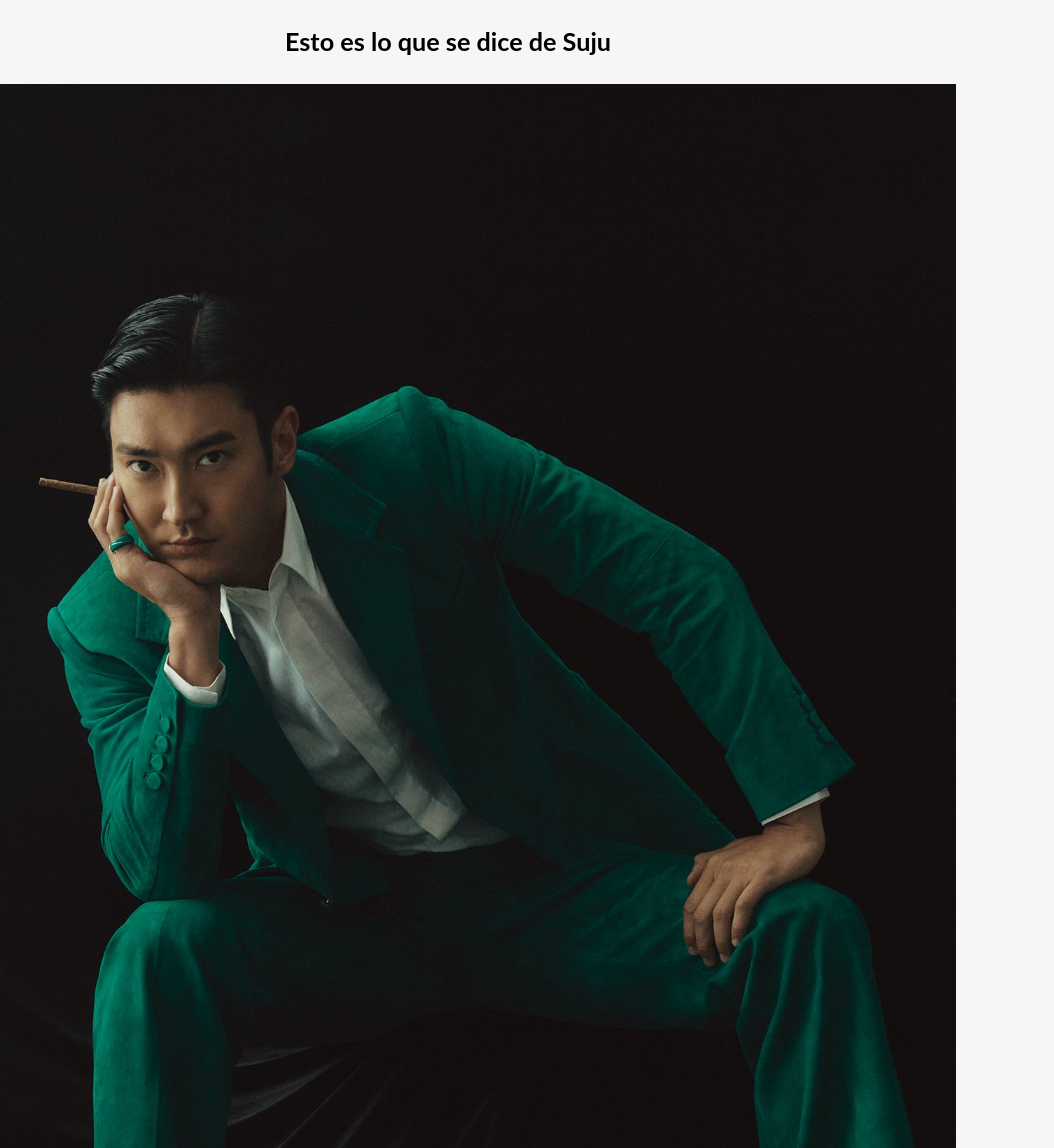
Repository: AleAedo/ReactProyectos1
Page: / (app in testimonios/)
These files come from the project's save history. The page is drawn as it stood at one moment and after the next save; the edit follows.
The browser window is 1280 px wide. The page is 1366 px wide, then 1506 px, so the pictures cover 1506 px, including what lies to the right of the window. The pictures show the part of the page from y = 0 to 1640 px (the page is 2312 px tall before and 2421 px after), at 70% of full size.
The project was rebuilt for these pictures with package versions that can differ from the ones it lists, and the page was loaded fresh each time.

Above is the page before, as saved 2022-08-09 20:14:40.

### testimonios/src/App.js
import logo from './logo.svg';
import './App.css';
import Testimonio from './componentes/Testimonio';

function App() {
  return (
    <div className="App">
      <div className='contenedor-principal'>
        <h1>Esto es lo que se dice de Suju</h1>
      <Testimonio/>
      </div>

    </div>
  );
}

export default App;

### testimonios/src/App.css
* {
   margin: 0;
   padding: 0;
  }
  html,
  body {
    font-size: 18px;
    background-color: #f5f6f7;
  }
  h1 {
    max-width: 940px;
    font-size: 2,5 em;
    font-family: Lato, sans-serif;
    font-weight: 700;
    line-height: 1.1;
    margin: 40PX 0;
  }
  .App {
    min-height: 100vh;
    display: flex;
    flex-wrap: wrap;
    align-items: center;
    justify-content: center;
    text-align: center;
  }
  .contenedor-principal {
    min-height: 600px;
    display: flex;
    flex-wrap: wrap;
    align-items: center;
    justify-content: center;
  }

### testimonios/src/componentes/Testimonio.js
import React from "react";

function Testimonio() {
    return  (
      <div className='contenedor-testimonio'>
      <img
      className='imagen-testimonio'
      src={require('../imagenes/testimonio-siwon.jpg') }
      alt='Foto de siwon'/>
      <div className='contenedor-texto-testimonio'>
        <p className='nombre-testimonio'> Siwon en Revista</p>
        <p className='cargo-testimonio'> Modelo de Grupo</p>
        <p className='texto-testimonio'> le va bien en la revista xxxx quién no la tiene?   </p>
      </div>
      </div>
    );
}
export default Testimonio;

### testimonios/src/hojas-de-estilo/Testimonio.css
.contenedor-testimonio {
  width: 1170px;
  height: 368px;
  margin: 10px 10px 50px;
}

Loaded but not shown: testimonios/public/index.html (common file); testimonios/src/index.js (common file); testimonios/src/index.css (common file)

After the next save:
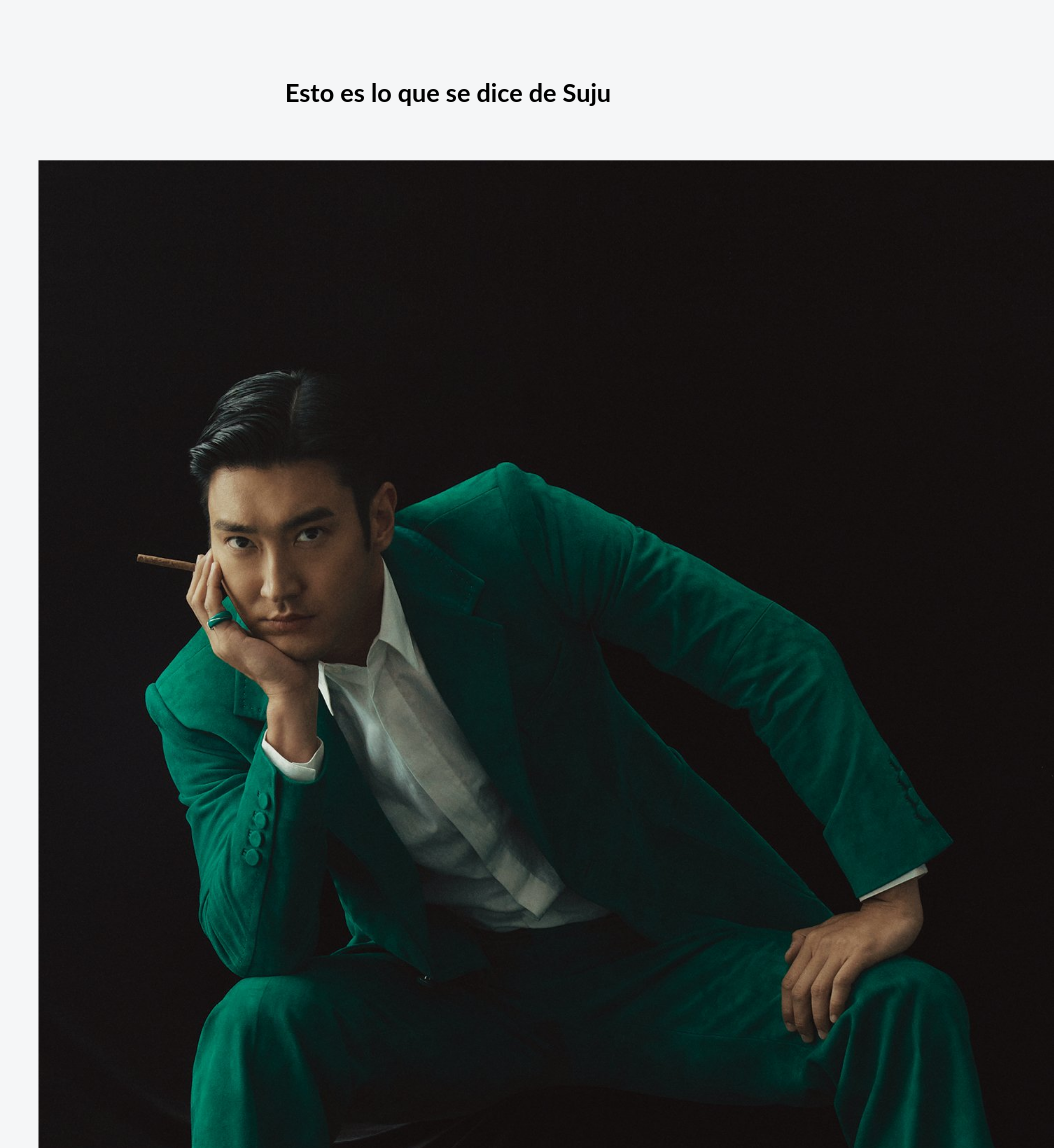
Saved 119 s later.
--- a/testimonios/src/componentes/Testimonio.js
+++ b/testimonios/src/componentes/Testimonio.js
@@ -1,4 +1,5 @@
 import React from "react";
+import '../hojas-de-estilo/Testimonio.css';
 
 function Testimonio() {
     return  (
